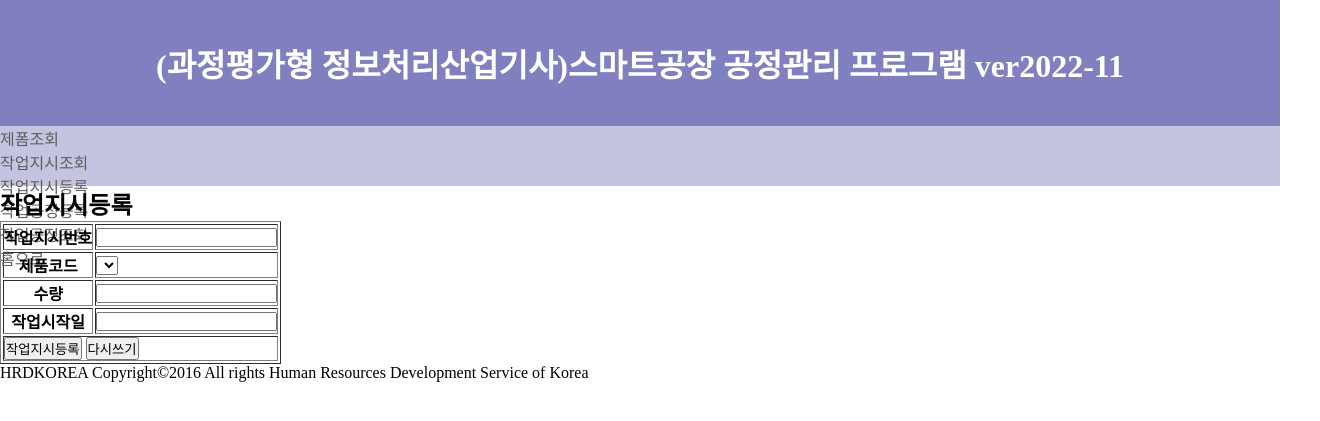
Repository: anakyn01/exam
Page: http://localhost/smart_5/sub2_1.jsp
An editor plug-in stored every save of this project. The page is shown before and after the next save, followed by the edit.
The browser window is 1280 px wide. The page is 1280 px wide, then 1320 px, so the pictures cover 1320 px, including what lies to the right of the window. The pictures show the whole page.
The page is served by Tomcat 9. Other server files are loaded and not shown.

Above is the page before, as saved 2025-01-06 07:28:37.

### smart_5/src/main/webapp/sub2_1.jsp
<%@ page language="java" contentType="text/html; charset=UTF-8"
    pageEncoding="UTF-8"%>
<jsp:include page="include/header.jsp"/>

<section>
<h2>작업지시등록</h2>
<table border=1>
<tr>
	<th>작업지시번호</th>
		<td>
		<input type="text" name="w_workno">
	</td>
</tr>
<tr>
	<th>제품코드</th>
	<td>
		<select name="">
		<option value=""></option>
		</select>
	</td>
</tr>
<tr>
	<th>수량</th>
		<td>
		<input type="text" name="w_quentity">
	</td>
</tr>
<tr>
	<th>작업시작일</th>
		<td>
		<input type="text" name="w_workdate">
	</td>
</tr>
	<tr>
<td colspan="2">
<input type="button" onclick="goSave()" value="작업지시등록">
<input type="button" onclick="FormReset()" value="다시쓰기">
</td>
	</tr>
</table>
</section>

<jsp:include page="include/footer.jsp"/>

### smart_5/src/main/webapp/include/header.jsp
<%@ page language="java" contentType="text/html; charset=UTF-8"
    pageEncoding="UTF-8"%>
<!DOCTYPE html>
<html>
<head>
<meta charset="UTF-8">
<title>스마트 공정관리 프로그램</title>
<link rel="stylesheet" href="css/style.css"/>
</head>
<body>
<header>
<h1>(과정평가형 정보처리산업기사)스마트공장 공정관리 프로그램 ver2022-11</h1>
</header>
<nav>
<ul>
<li><a href="sub1.jsp">제폼조회</a></li>
<li><a href="sub2.jsp">작업지시조회</a></li>
<li><a href="sub2_1.jsp">작업지시등록</a></li>
<li><a href="sub3.jsp">작업공정등록</a></li>
<li><a href="sub4.jsp">작업공정조회</a></li>
<li><a href="index.jsp">홈으로</a></li>
</ul>
</nav>

### smart_5/src/main/webapp/include/footer.jsp
<%@ page language="java" contentType="text/html; charset=UTF-8"
    pageEncoding="UTF-8"%>
<footer>
<p>HRDKOREA Copyright&copy;2016 All rights Human Resources Development Service of Korea</p>
</footer>
</body>
</html>

### smart_5/src/main/webapp/css/style.css
@charset "UTF-8";
*{margin:0; padding:0; box-sizing:border-box;}
a{text-decoration:none; color:#5e5e5e;}
header{background-color:#8080c0;}
header h1{padding:40px 0; text-align:center; color:white;}
nav{height:60px; background-color:#c4c4e1;}
mav ul{margin:0 auto; width:1320px; list-style:none; text-align:center;}

After the next save:
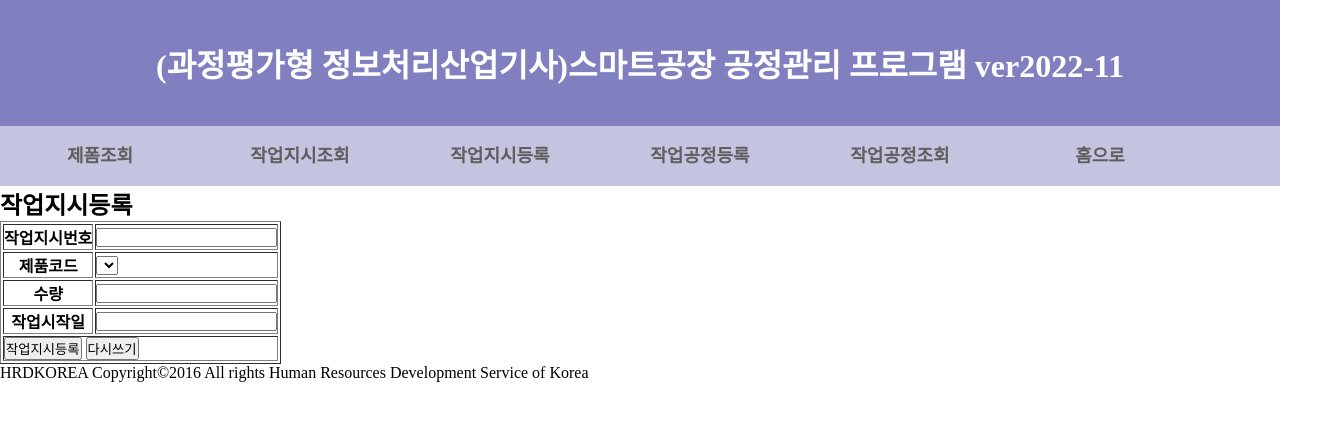
Saved 70 s later.
--- a/smart_5/src/main/webapp/css/style.css
+++ b/smart_5/src/main/webapp/css/style.css
@@ -4,4 +4,5 @@ a{text-decoration:none; color:#5e5e5e;}
 header{background-color:#8080c0;}
 header h1{padding:40px 0; text-align:center; color:white;}
 nav{height:60px; background-color:#c4c4e1;}
-mav ul{margin:0 auto; width:1320px; list-style:none; text-align:center;}
+nav ul{margin:0 auto; width:1320px; list-style:none; text-align:center;}
+nav ul li{line-height:60px; float:left; font-size:18px; font-weight:600; width:200px;}
